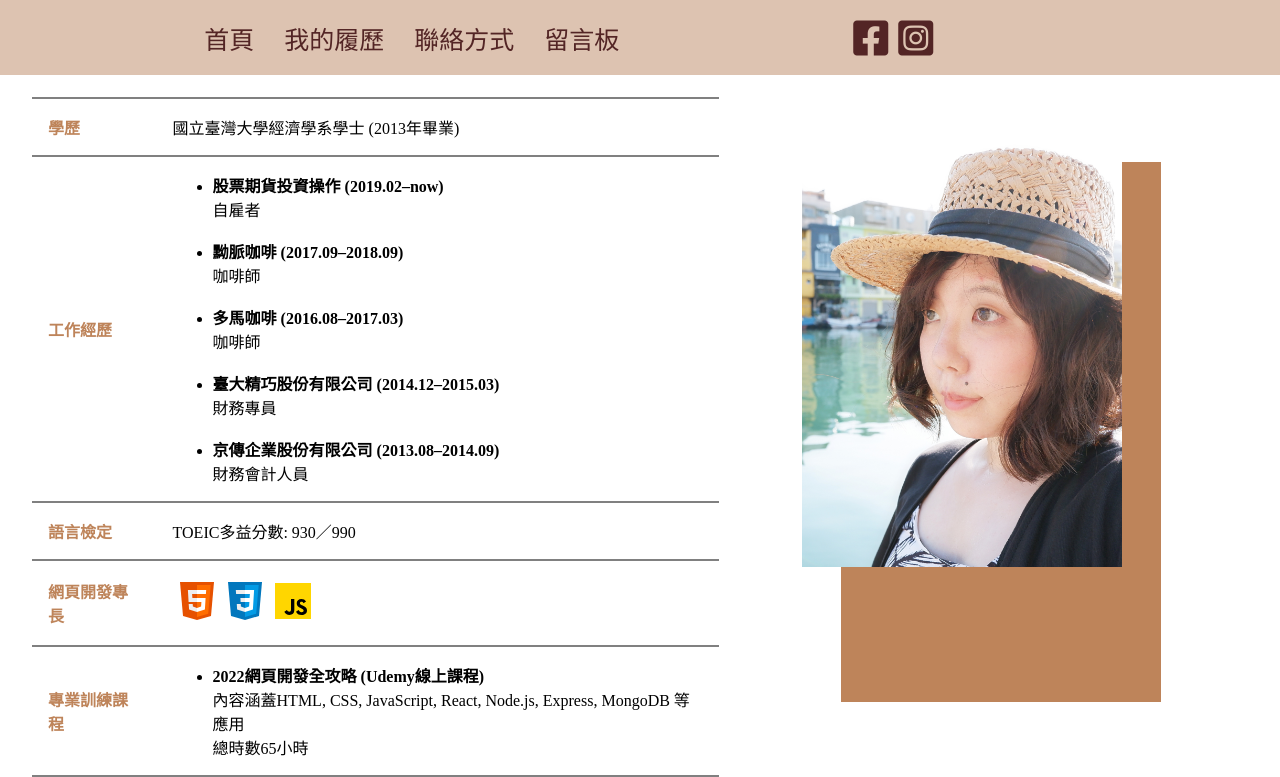
Repository: lcjyc/portfolio-website
Page: /resume
These files come from the project's save history. The page is drawn as it stood at one moment and after the next save; the edit follows.
The browser window is 1280 px wide. The pictures show the whole page.
The project was rebuilt for these pictures with package versions that can differ from the ones it lists, and the page was loaded fresh each time. Also part of the build but not shown: src/pages/home/home.css, src/pages/home/Home.jsx, src/pages/contact/contact.css, src/pages/contact/Contact.jsx.

Above is the page before, as saved 2022-08-20 09:07:47.

After the next save:
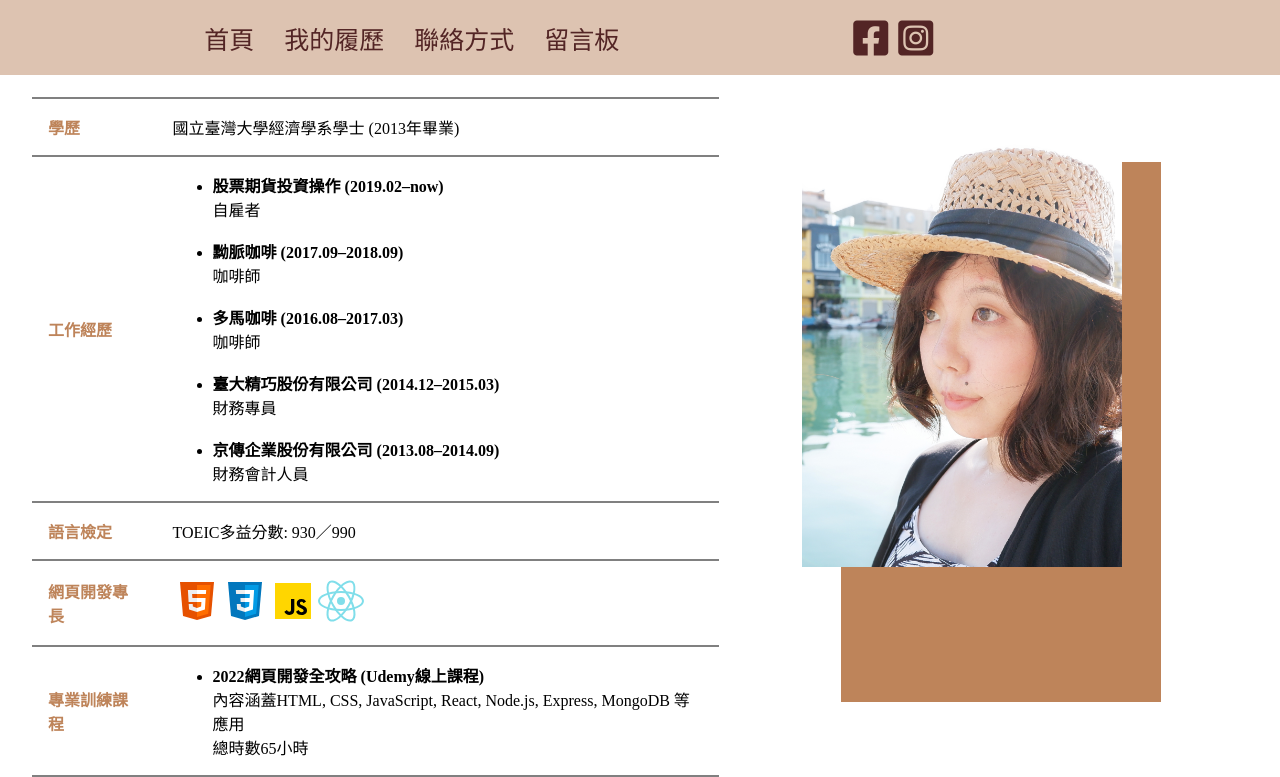
Saved 30 s later.
--- a/src/pages/resume/Resume.jsx
+++ b/src/pages/resume/Resume.jsx
@@ -55,6 +55,7 @@ export default function Resume() {
               <img src={htmlIcon} title="HTML5" alt="HTML5" />
               <img src={cssIcon} title="CSS3" alt="CSS3" />
               <img src={jsIcon} title="JavaScript" alt="JavaScript" />
+              <img src={reactIcon} title="React" alt="React" />
             </td>
           </tr>
           <tr>
